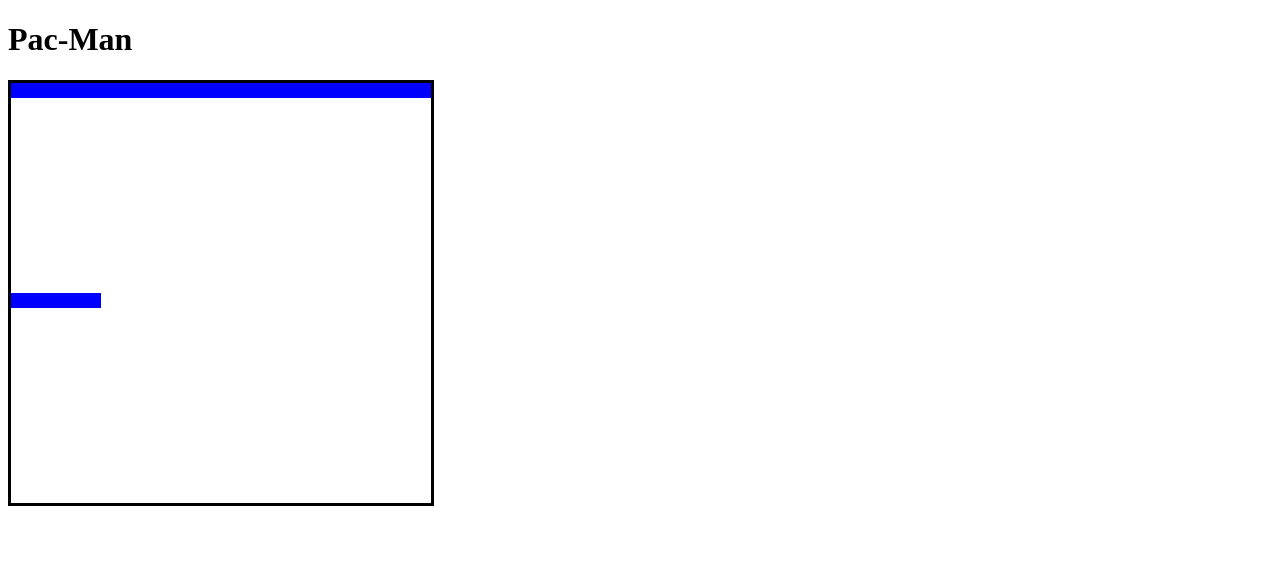
Repository: Bartolomeuss/Pac-man-in-JavaScript
Page: index.html
An editor plug-in stored every save of this project. The page is shown before and after the next save, followed by the edit.
The browser window is 1280 px wide. The pictures show the whole page.

Above is the page before, as saved 2020-12-28 20:36:39.

### index.html
<!DOCTYPE html>
<html lang="en">
<head>
    <meta charset="UTF-8">
    <meta name="viewport" content="width=device-width, initial-scale=1.0">
    <link rel="stylesheet" href="/CSS/style.css">
    <title>Pac-Man</title>
</head>
<body>
    <h1>Pac-Man</h1>
    <div class="grid">
    <div></div>
    <div></div>
    <div></div>
    <div></div>
    <div></div>
    <div></div>
    <div></div>
    <div></div>
    <div></div>
    <div></div>
    <div></div>
    <div></div>
    <div></div>
    <div></div>
    <div></div>
    <div></div>
    <div></div>
    <div></div>
    <div></div>
    <div></div>
    <div></div>
    <div></div>
    <div></div>
    <div></div>
    <div></div>
    <div></div>
    <div></div>
    <div></div>
    <div></div>
    <div></div>
    <div></div>
    <div></div>
    <div></div>
    <div></div>

    </div>
    <script src="main.js"></script>
</body>
</html>

### CSS/style.css
html,
body {
  margin: 10;
  padding: 10;
}

.grid {
  display: flex;
  flex-wrap: wrap;
  width: 420px;
  height: 420px;
  border: solid 3px black;
}

.grid div {
  width: 15px;
  height: 15px;
  background-color: blue;
}

Loaded but not shown: main.js (empty)

After the next save:
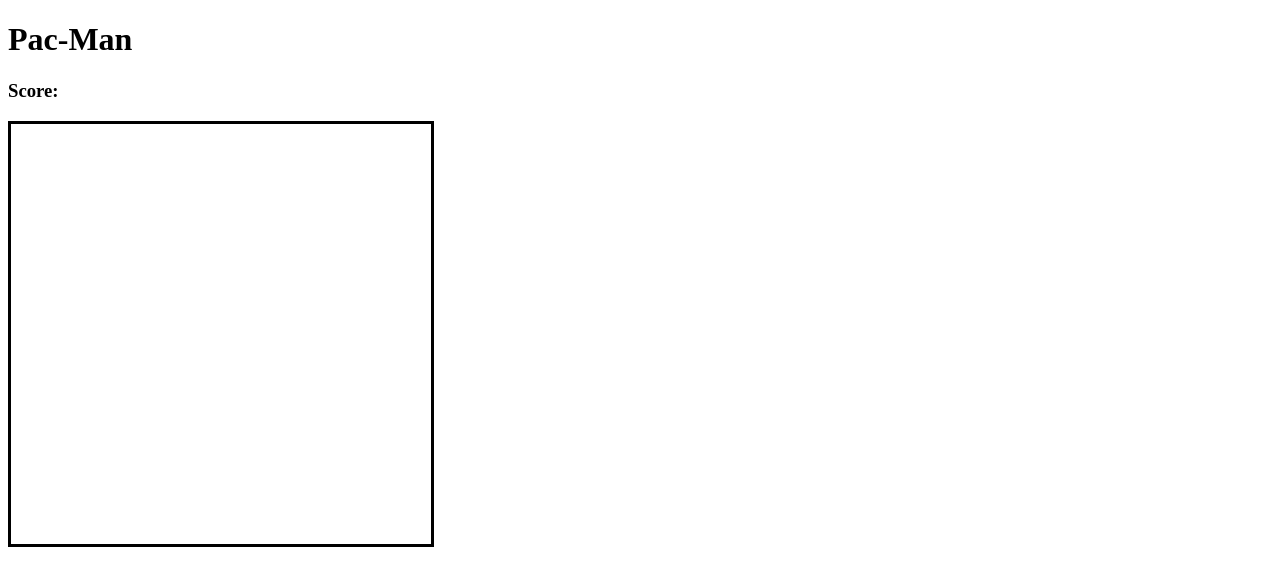
Saved 32 min 52 s later.
--- a/index.html
+++ b/index.html
@@ -8,41 +8,9 @@
 </head>
 <body>
     <h1>Pac-Man</h1>
+    <h3>Score:<span id='score'></span></h3>
     <div class="grid">
-    <div></div>
-    <div></div>
-    <div></div>
-    <div></div>
-    <div></div>
-    <div></div>
-    <div></div>
-    <div></div>
-    <div></div>
-    <div></div>
-    <div></div>
-    <div></div>
-    <div></div>
-    <div></div>
-    <div></div>
-    <div></div>
-    <div></div>
-    <div></div>
-    <div></div>
-    <div></div>
-    <div></div>
-    <div></div>
-    <div></div>
-    <div></div>
-    <div></div>
-    <div></div>
-    <div></div>
-    <div></div>
-    <div></div>
-    <div></div>
-    <div></div>
-    <div></div>
-    <div></div>
-    <div></div>
+
 
     </div>
     <script src="main.js"></script>
